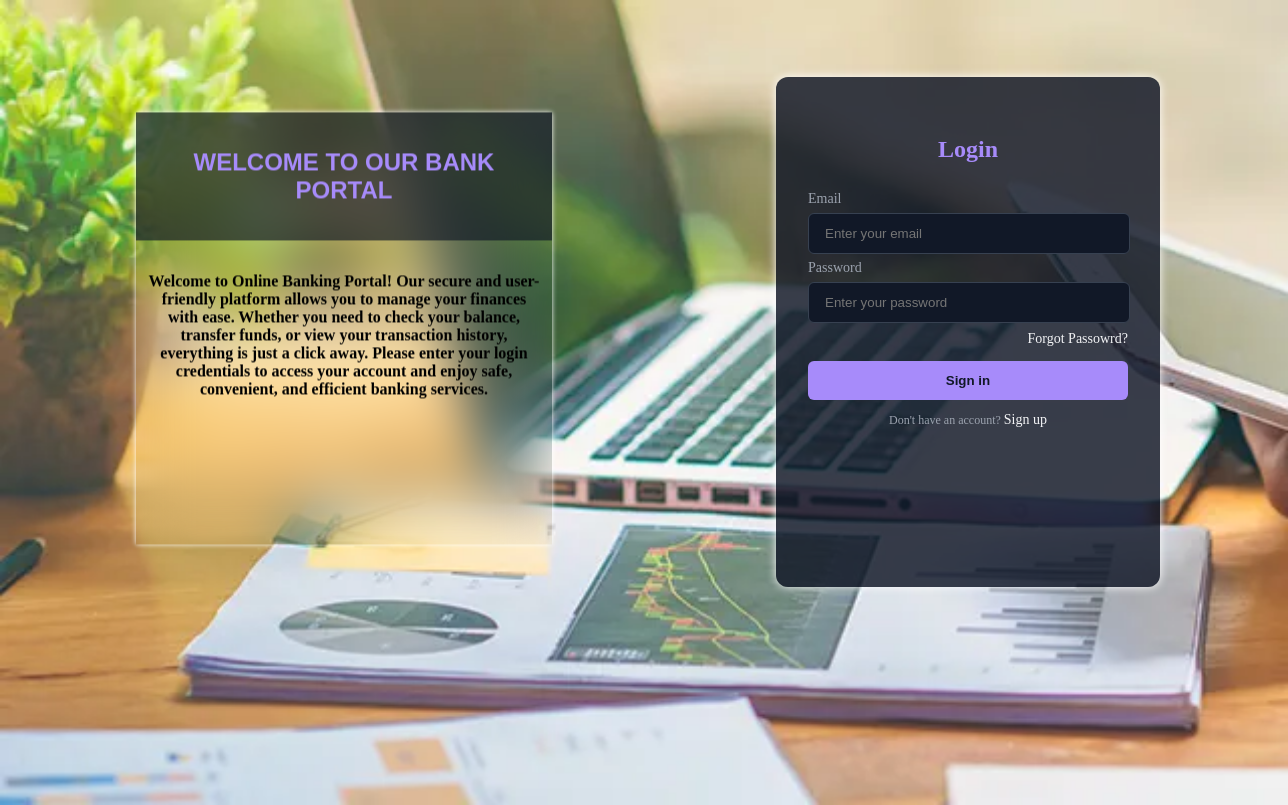
Repository: PeruriNaresh/Bank_Project
Page: http://localhost/bank_project/
These files come from the project's save history. The page is drawn as it stood at one moment and after the next save; the edit follows.
The browser window is 1280 px wide. The page is 1288 px wide, so the pictures cover 1288 px, including what lies to the right of the window. The pictures show the whole page.
The page is served by Tomcat 9.

Above is the page before, as saved 2024-10-27 08:15:51.

After the next save:
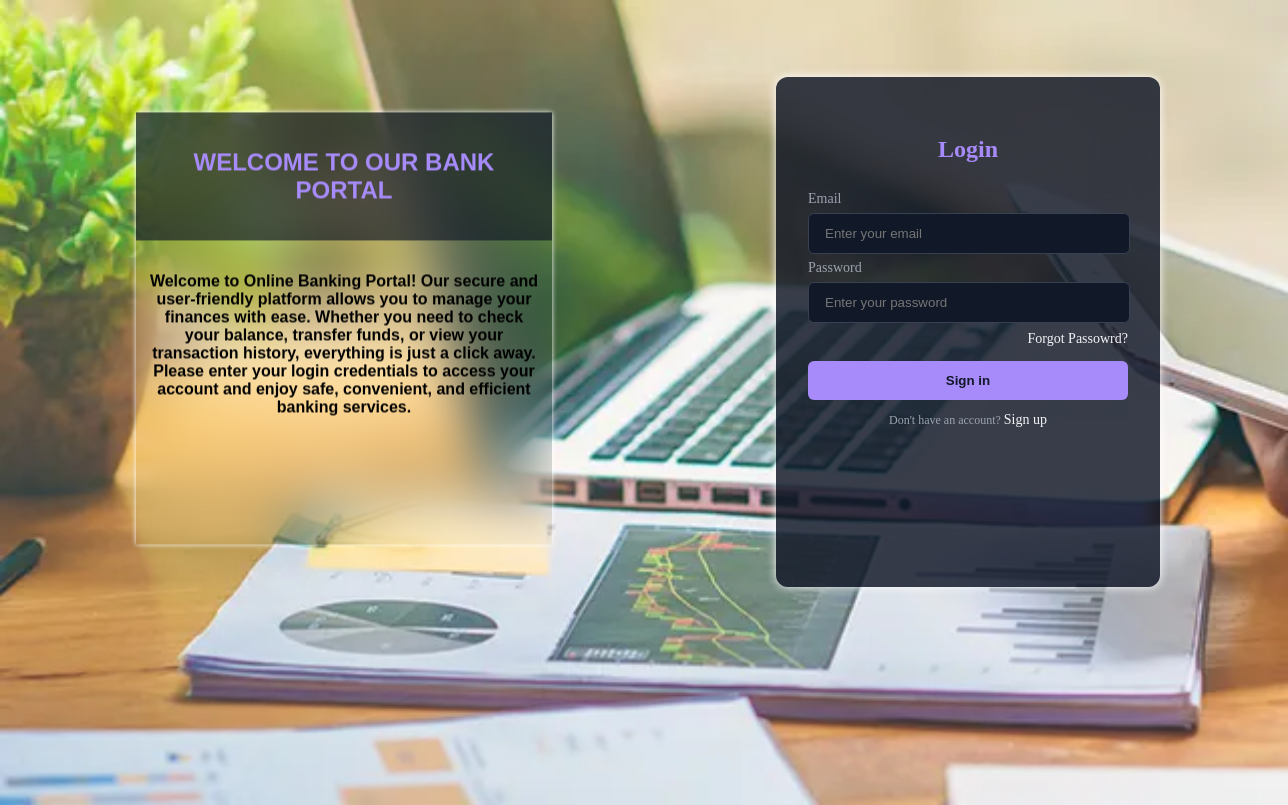
Saved 116 min 11 s later.
--- a/bank_project/src/main/webapp/index.jsp
+++ b/bank_project/src/main/webapp/index.jsp
@@ -167,7 +167,6 @@
         {
             padding: 10px;
             color:  black;
-            font-family: 'Times New Roman', Times, serif;
         }
     </Style>
     <title>Login</title>
